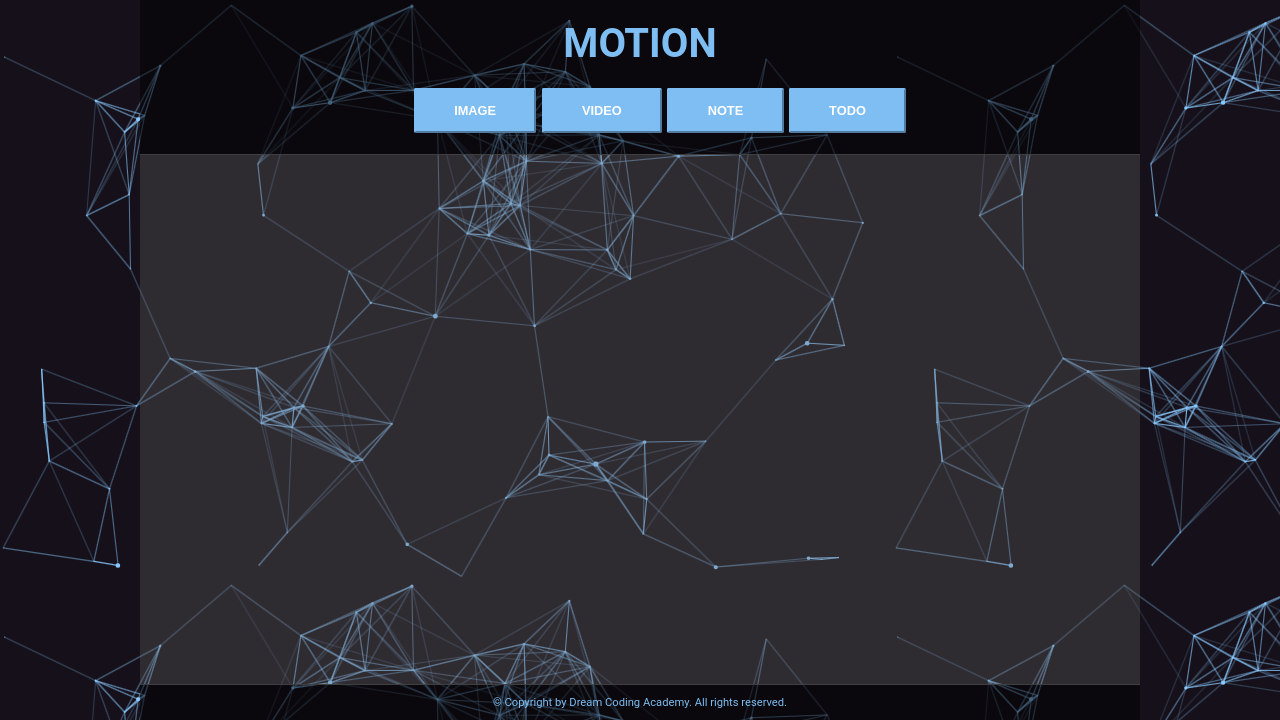
Repository: chefkuna/Motion
Page: index.html
The author's editor kept a copy of each file at every save. The page is drawn from the files as they stood at one save, then again after the next save.
The browser window is 1280 px wide. The pictures show the whole page.

Above is the page before, as saved 2022-08-21 14:53:53.

After the next save:
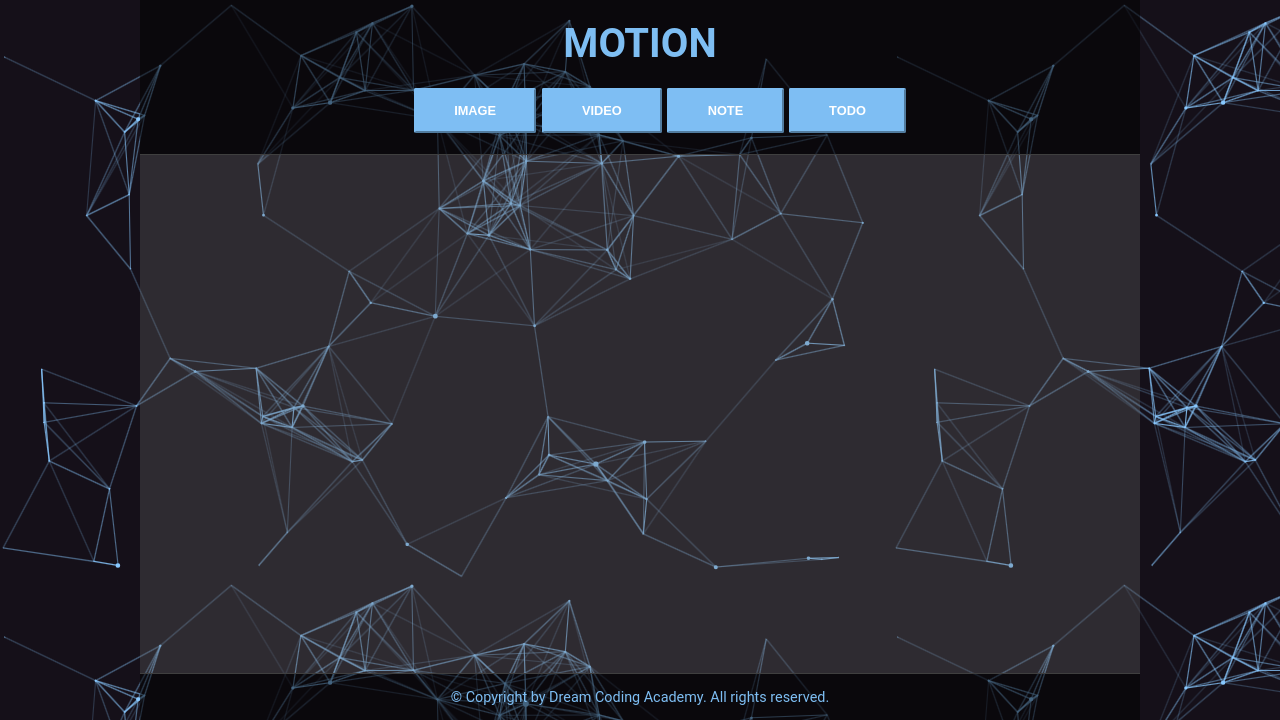
Saved 4 s later.
--- a/style/style.css
+++ b/style/style.css
@@ -91,5 +91,5 @@ body {
   background: var(--bg-main-color);
   border-top: 1px solid var(--border-color);
   text-align: center;
-  font-size: 0.7rem;
+  font-size: 0.9rem;
 }
